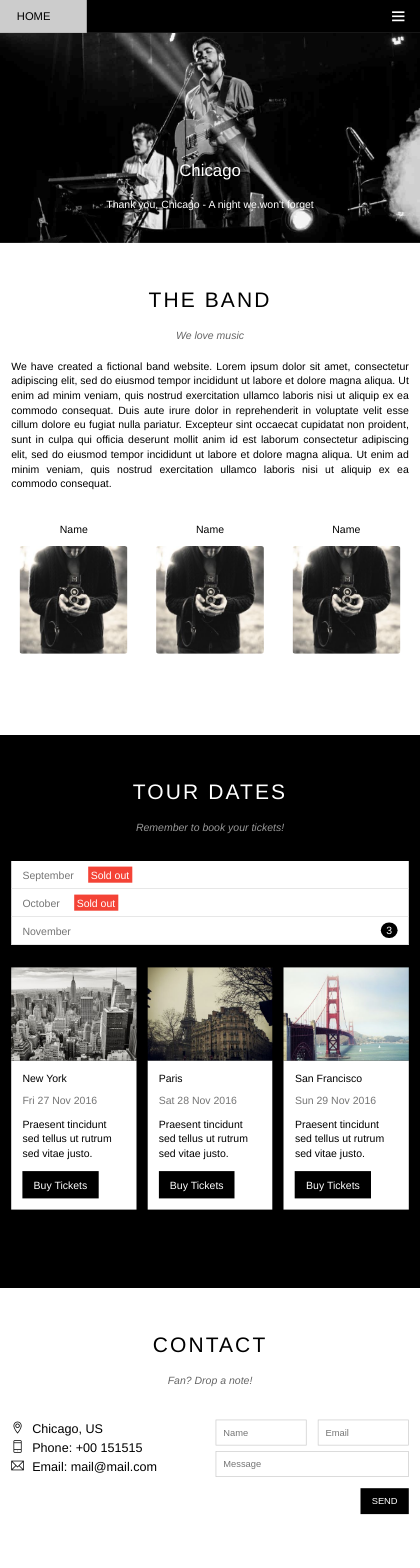
Repository: qhoa25623/The-Band
Page: index.html
These files come from the project's save history. The page is drawn as it stood at one moment and after the next save; the edit follows.
The browser window is 600 px wide. The pictures show the part of the page from y = 0 to 2240 px (the page is 2806 px tall), at 70% of full size.

Above is the page before, as saved 2022-05-06 19:36:33.

After the next save:
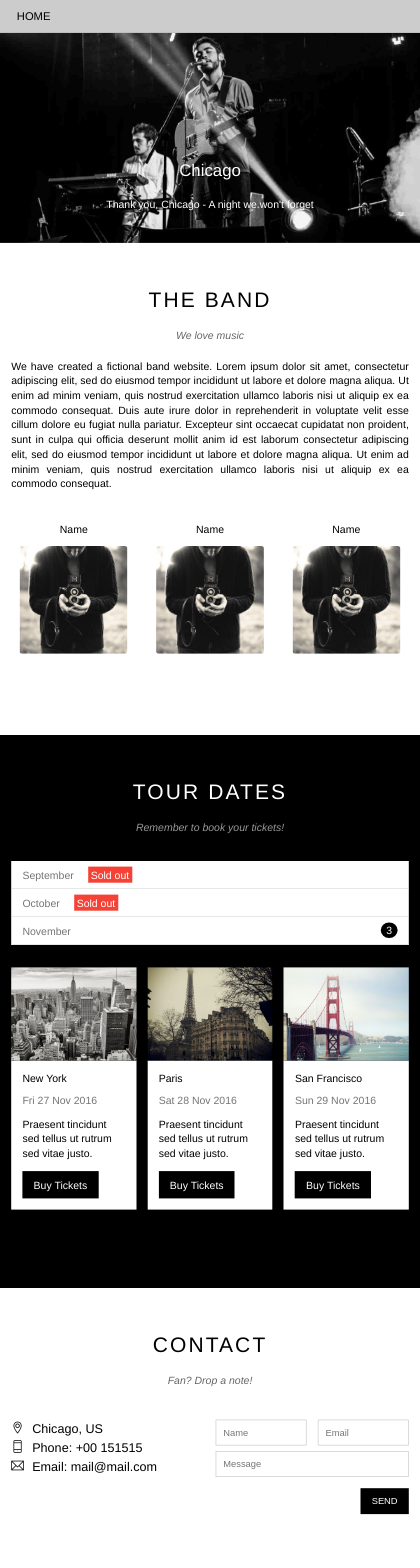
Saved 4 s later.
--- a/assets/css/responsive.css
+++ b/assets/css/responsive.css
@@ -14,6 +14,6 @@
     display: none;
   }
   #nav {
-    dis
+    display: block;
   }
 }

After the save that followed:
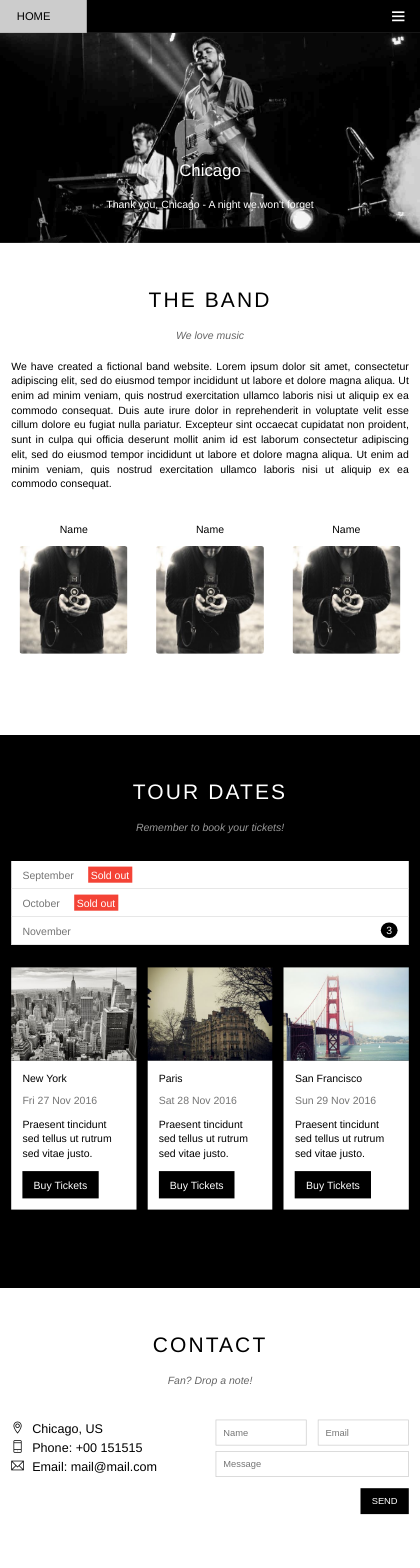
Saved 15 s later.
--- a/assets/css/responsive.css
+++ b/assets/css/responsive.css
@@ -13,7 +13,4 @@
   #header .search-btn {
     display: none;
   }
-  #nav {
-    display: block;
-  }
 }
